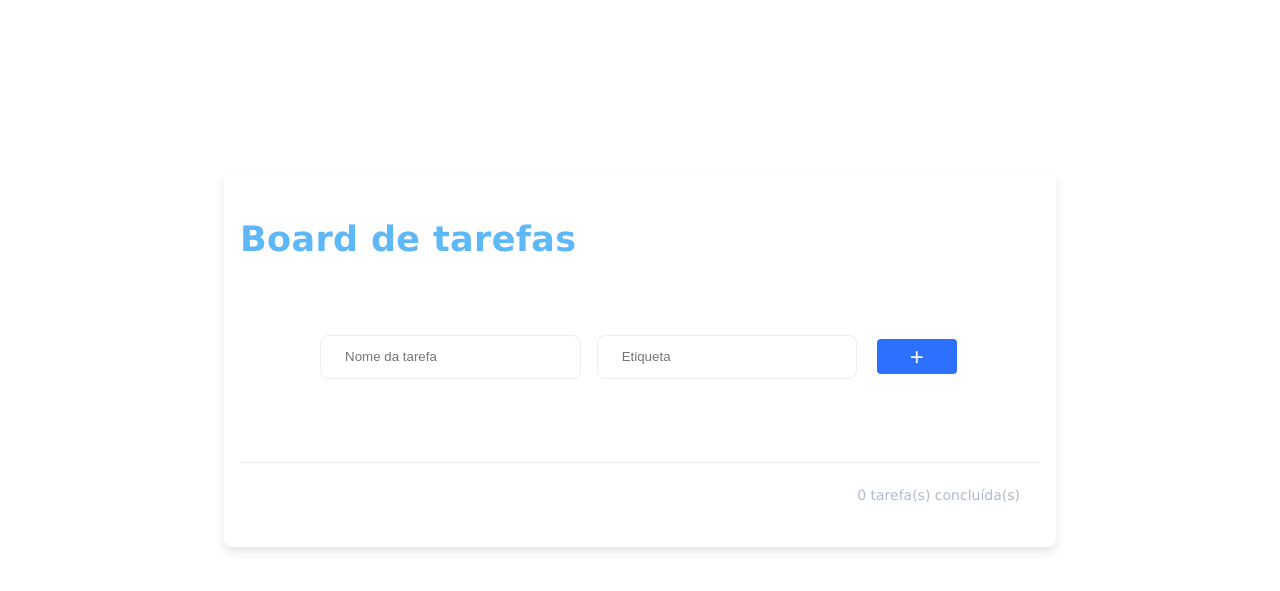
Repository: elasoares/RID187500_Desafio3
Page: index.html
The author's editor kept a copy of each file at every save. The page is drawn from the files as they stood at one save, then again after the next save.
The browser window is 1280 px wide. The pictures show the whole page.

Above is the page before, as saved 2024-12-03 19:45:04.

After the next save:
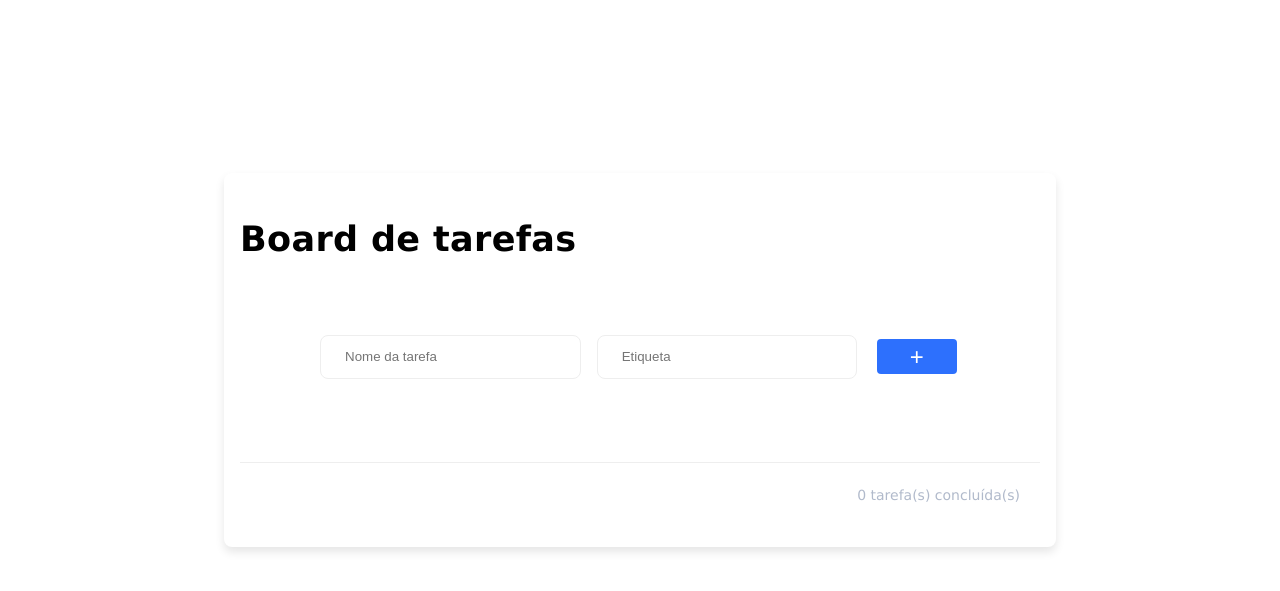
Saved 13 s later.
--- a/style.css
+++ b/style.css
@@ -279,7 +279,6 @@ input:focus {
     }
     h1 {
         font-size: 3.5rem;
-        color: #5eb7f6;
     }
 
     #create-todo-section{
